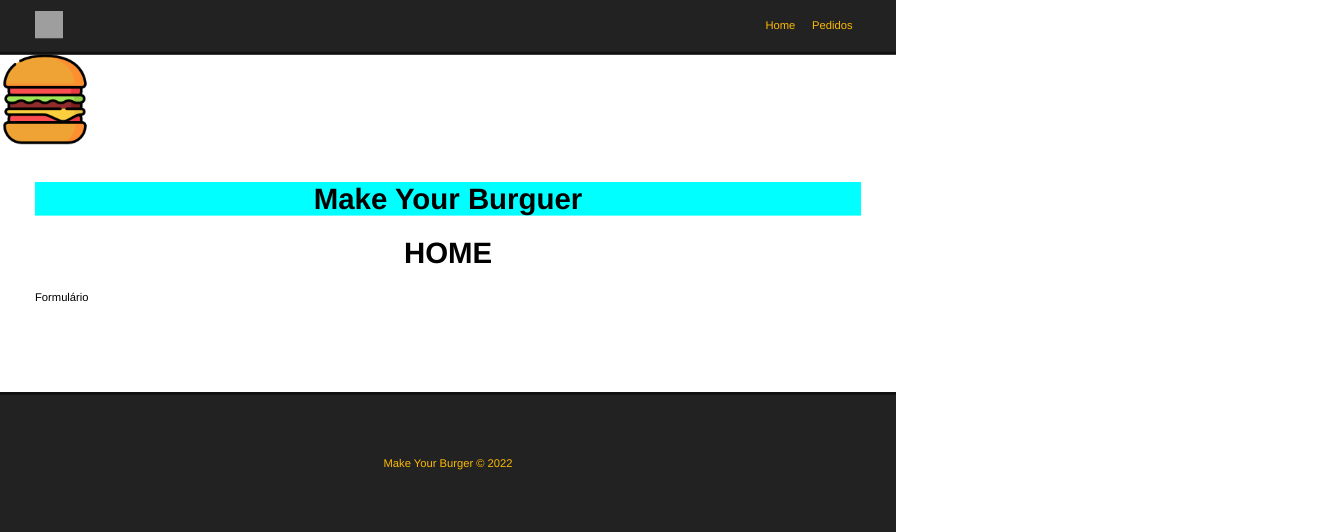
Repository: brunofa23/makeyourburguer
Page: /
The author's editor kept a copy of each file at every save. The page is drawn from the files as they stood at one save, then again after the next save.
The browser window is 1280 px wide. The page is 1280 px wide, then 1920 px, so the pictures cover 1920 px, including what lies to the right of the window. The pictures show the part of the page from y = 0 to 1280 px (the page is 760 px tall before and 1911 px after), at 70% of full size.
Pictures or frames that could not be fetched are drawn as grey boxes. The project was rebuilt for these pictures with package versions that can differ from the ones it lists, and the page was loaded fresh each time. Also part of the build but not shown: vue.config.js.

Above is the page before, as saved 2022-08-09 19:07:42.

After the next save:
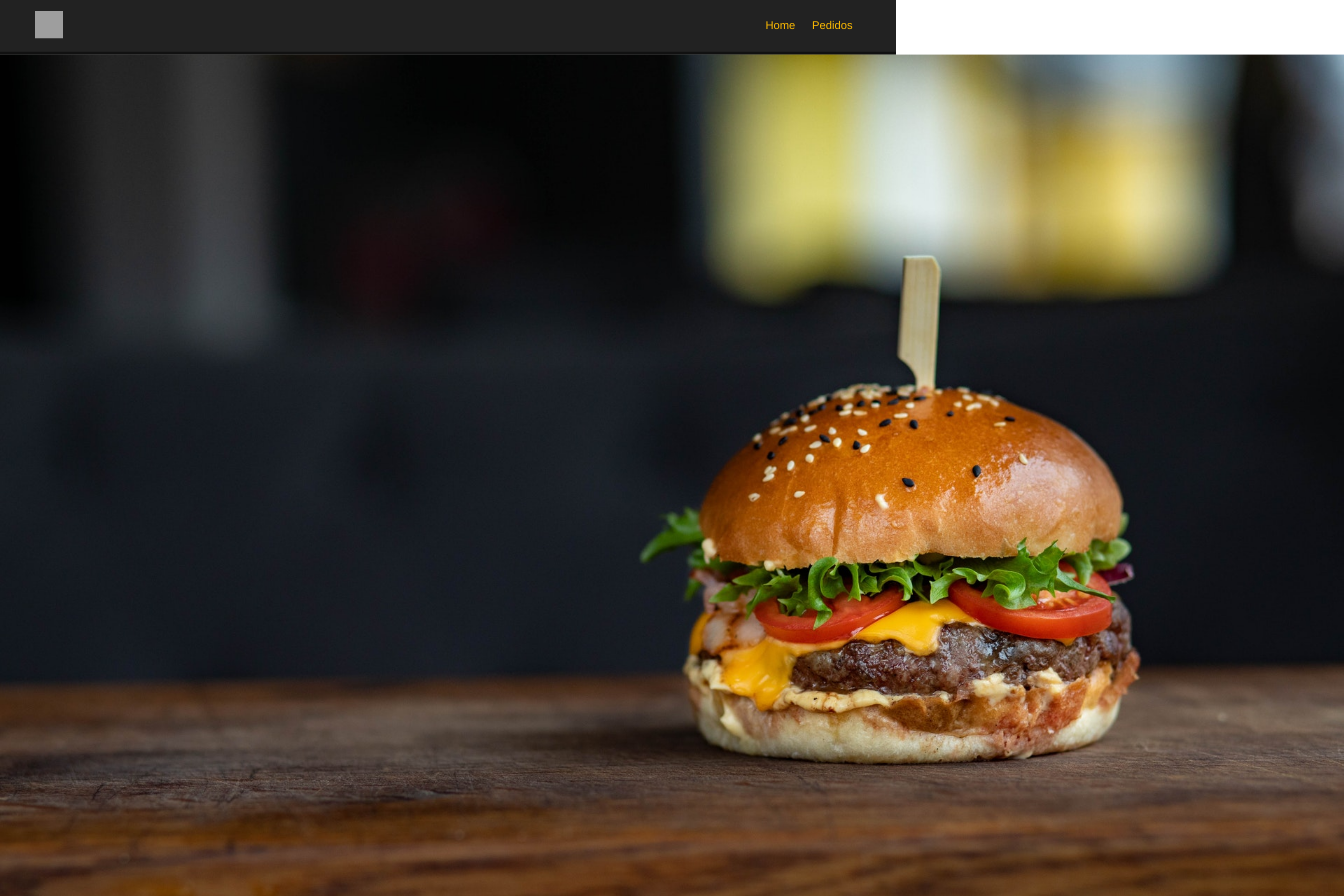
Saved 29 s later.
--- a/src/App.vue
+++ b/src/App.vue
@@ -1,6 +1,6 @@
 <template>
   <Navbar :logo="logo_src" :alt="app_name"/>
-  <img src="/img/logo.png" />
+  <img src="/img/burger.jpg" />
   <router-view/>
   <Footer />
 </template>
